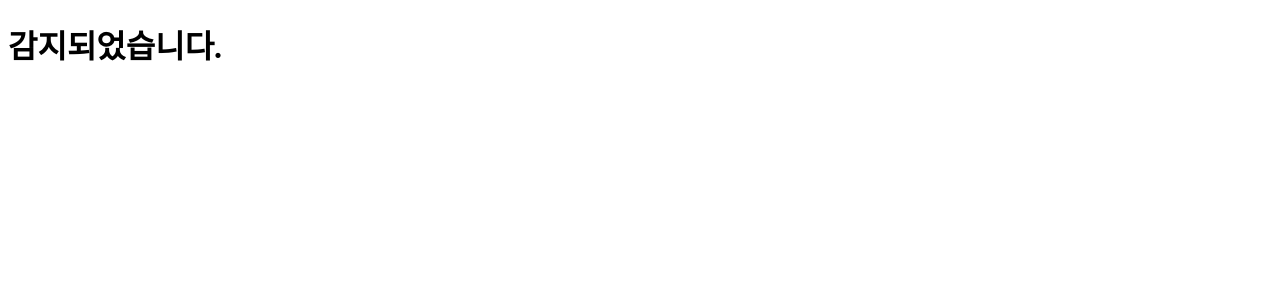
Repository: KindRichMan/Spring
Page: http://localhost/SpringBasic/goB
An editor plug-in stored every save of this project. The page is shown before and after the next save, followed by the edit.
The browser window is 1280 px wide. The pictures show the whole page.
The page is served by Tomcat 9.

Above is the page before, as saved 2022-03-29 03:39:06.

After the next save:
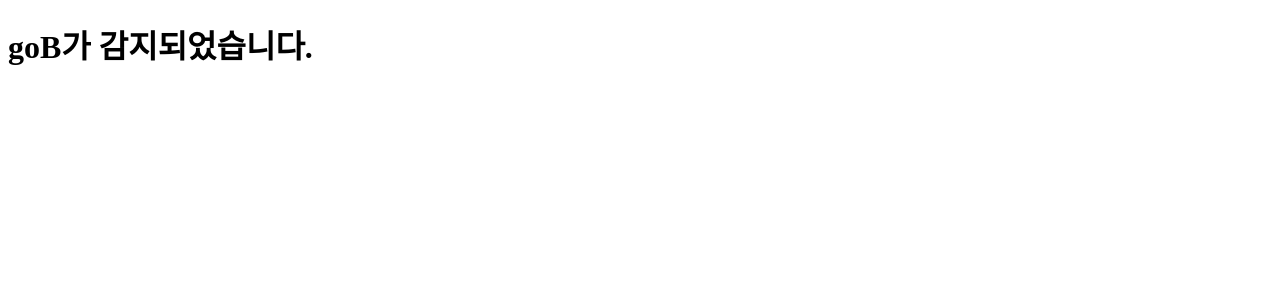
Saved 7 min 39 s later.
--- a/SpringBasic/src/main/webapp/WEB-INF/views/b.jsp
+++ b/SpringBasic/src/main/webapp/WEB-INF/views/b.jsp
@@ -7,6 +7,6 @@
 <title>Insert title here</title>
 </head>
 <body>
- <h1>감지되었습니다.</h1>
+ <h1>goB가 감지되었습니다.</h1>
 </body>
 </html>
